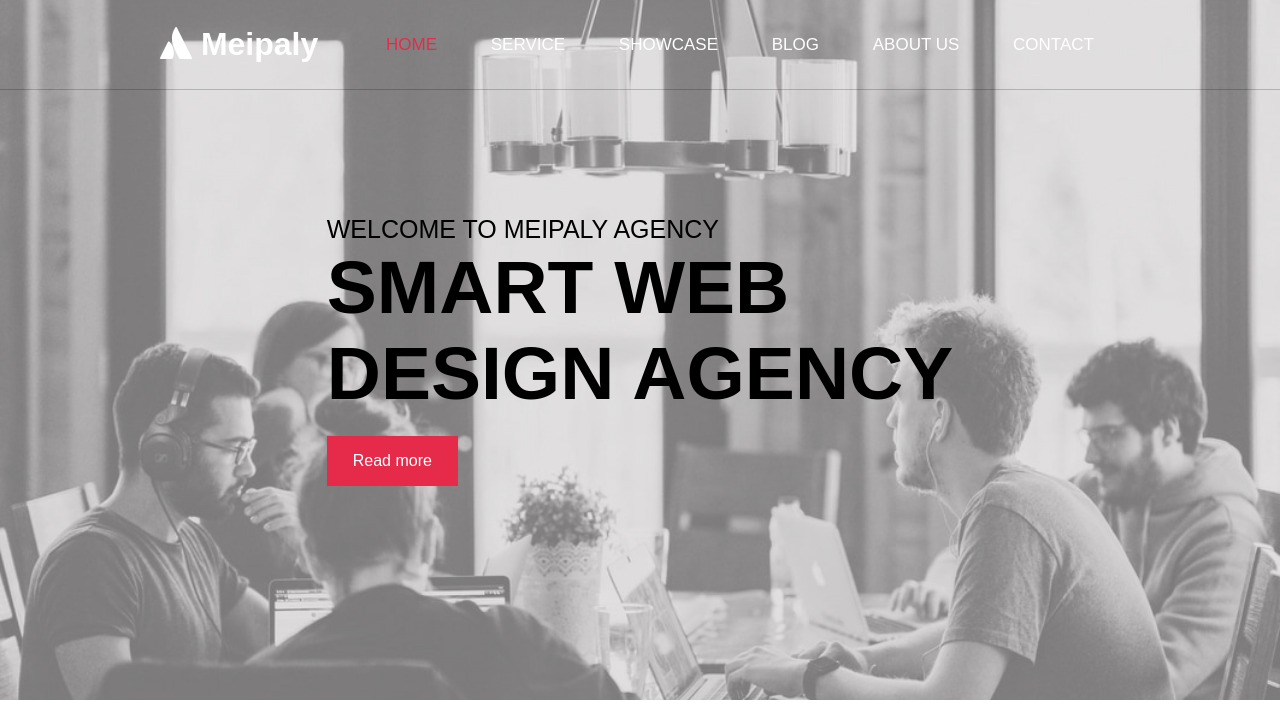
Repository: tudo1611/BC44_HTML5-CSS3_B6_MAIPALY_DO-TRUNG-TU
Page: index.html
These files come from the project's save history. The page is drawn as it stood at one moment and after the next save; the edit follows.
The browser window is 1280 px wide. The pictures show the whole page.

Above is the page before, as saved 2023-01-15 15:03:46.

After the next save:
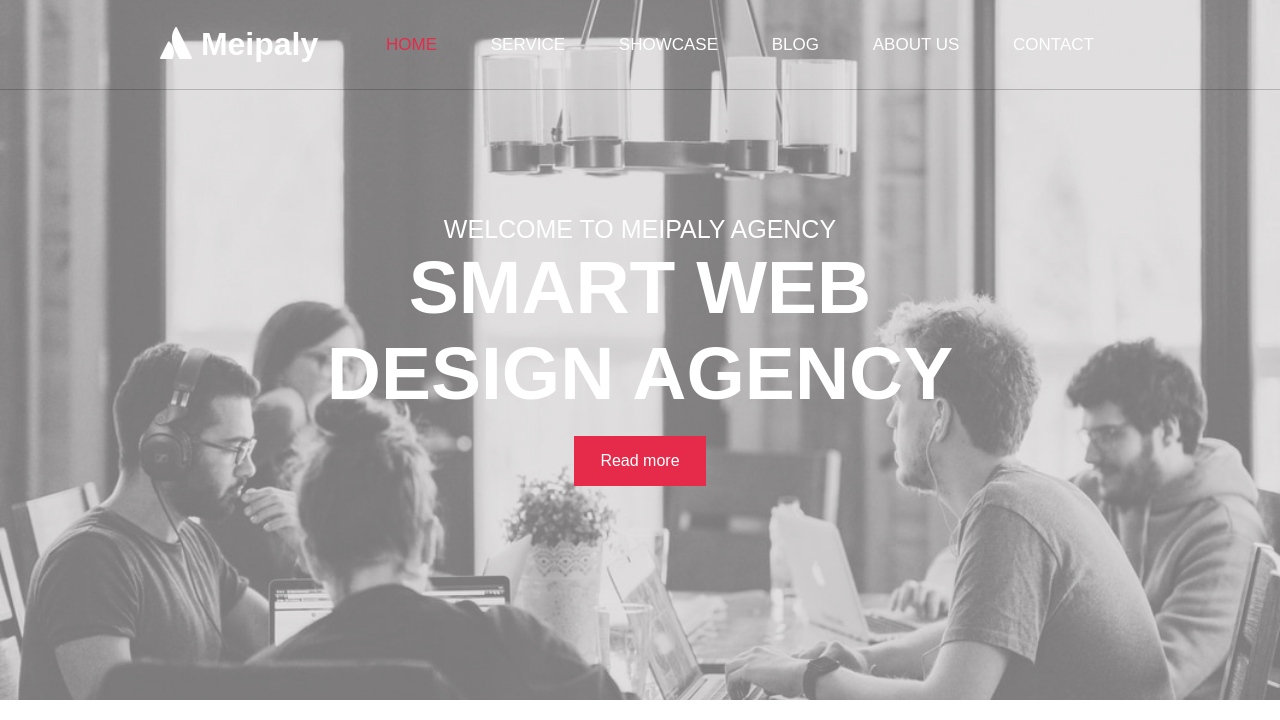
Saved 16 s later.
--- a/css/style.css
+++ b/css/style.css
@@ -56,7 +56,7 @@
     justify-content: center;
     align-items: center;
 }
-.carosel__content{
+.carousel__content{
     color: #fff;
     text-align: center;
 }
